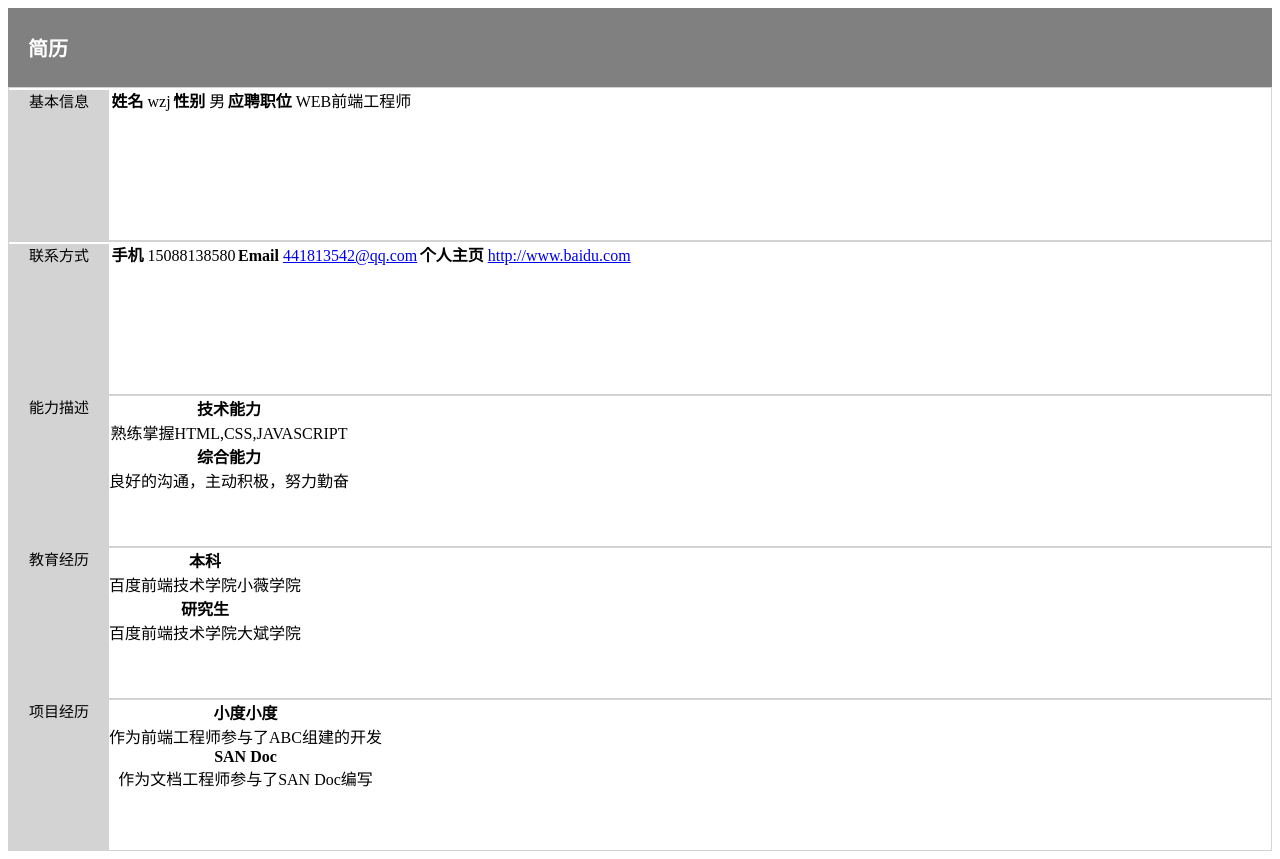
Repository: w441813542/webrecord
Page: day6_day7/jianli.html
These files come from the project's save history. The page is drawn as it stood at one moment and after the next save; the edit follows.
The browser window is 1280 px wide. The pictures show the whole page.

Above is the page before, as saved 2021-03-09 15:05:18.

### day6_day7/jianli.html
<!DOCTYPE html>
<html>

<head>
  <!-- <link rel="stylesheet" type="text/css" href="style_1.css" /> -->
  <!-- <link rel="stylesheet" type="text/css" href="style_2.css" /> -->
  <link rel="stylesheet" type="text/css" href="style_3.css" />
</head>

<body>
  <div class="box">
    <div class="left">
      <div class="caption">简历</div>
    </div>
    <div class="right">
      <div>
        <!-- <tr>
          <th rowspan="15" class="caption" align="center" valign="top">简历</th>
        </tr> -->
        <div class="part">
          <div class="part_left">
            <div class="th">基本信息</div>
          </div>
          <div class="part_right">
            <div class="td"><span>姓名</span> wzj</div>
            <div class="td"><span>性别</span> 男</div>
            <div class="td"><span>应聘职位</span> WEB前端工程师</div>
          </div>
        </div>
        <div class="part">
          <div class="part_left">
            <div class="th">联系方式</div>
          </div>
          <div class="part_right">
            <div class="td"><span>手机</span> 15088138580</div>
            <div class="td" ><span>Email</span> <a href="mailto:441813542@qq.com">441813542@qq.com</a></div>
            <div class="td"><span>个人主页</span> <a href="http://www.baidu.com">http://www.baidu.com</a></div>
          </div>
        </div>
        <div class="part flex">
          <div class="part_left">
            <div class="th">能力描述</div>
          </div>
          <div class="part_right">
            <div class="td msgtd block"><span class="block">技术能力</span> 熟练掌握HTML,CSS,JAVASCRIPT</div>
            <div class="td msgtd block"><span class="block">综合能力</span> 良好的沟通，主动积极，努力勤奋</div>
          </div>
        </div>
        <div class="part flex">
          <div class="part_left">
            <div class="th">教育经历</div>
          </div>
          <div class="part_right">
            <div class="td msgtd block"><span class="block">本科</span> 百度前端技术学院小薇学院</div>
            <div class="td msgtd block"><span class="block">研究生</span> 百度前端技术学院大斌学院</div>
          </div>
        </div>
        <div class="part flex">
          <div class="part_left">
            <div class="th">项目经历</div>
          </div>
          <div class="part_right">
            <div class="td msgtd block"><span class="block">小度小度</span> 作为前端工程师参与了ABC组建的开发</div>
            <div class="td msgtd block"><span class="block">SAN Doc</span> 作为文档工程师参与了SAN Doc编写</div>
          </div>
        </div>
      </div>

    </div>
  </div>
</body>

</html>

### day6_day7/style_3.css
html {
    font-size: 10px;
  }
/*
  div{
    border: 1px solid gray;
  } */

  .td {
    font-size: 1.6em;
    display: inline-block;
    text-align: center;
  }

  .th {
    font-size: 1.5em;
    text-align: center;
    display: inline-block;
  }

  .caption {
    font-size: 2em;
    font-weight: bold;
    color: white;
    text-align: left;
    background: gray;
    padding-top: 25px;
    padding-left: 20px;
    padding-bottom: 25px;
  }

 .part{
   display: block;
   border: 1px solid lightgray;
 }

  .part_left{
    display: inline-block;
    height: 150px;
    padding-left: 20px;
    padding-right: 20px;
    background: lightgray;
  }

  .part_right{
    display: inline;
    height: 150px;
  }

  span {
    font-weight: bold;
  }

  .box{
      display: block;
  }

  .flex{
    display: flex;
  }

  .block{
    display: block;
  }

After the next save:
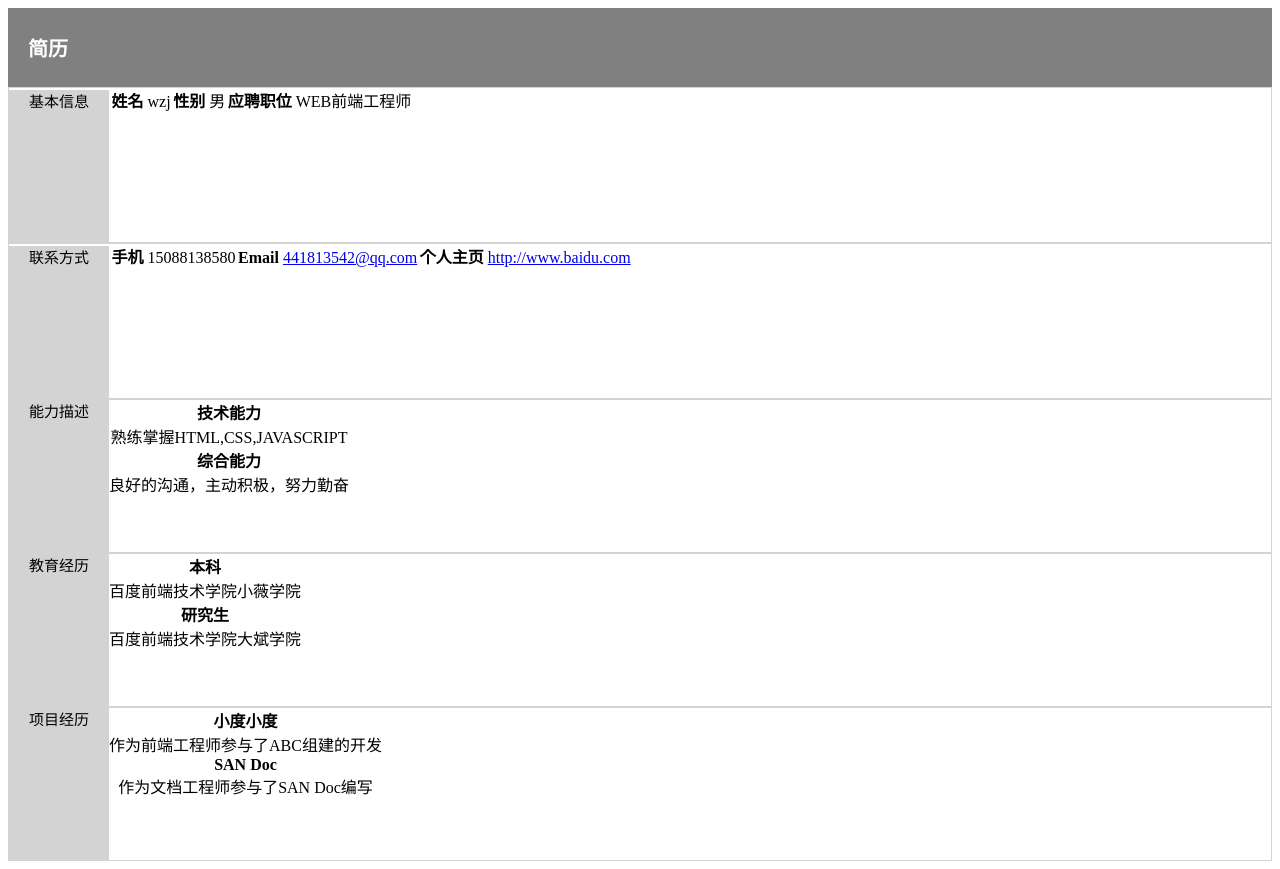
Saved 7 s later.
--- a/day6_day7/style_3.css
+++ b/day6_day7/style_3.css
@@ -36,7 +36,7 @@
 
   .part_left{
     display: inline-block;
-    height: 150px;
+    height: 152px;
     padding-left: 20px;
     padding-right: 20px;
     background: lightgray;

After the save that followed:
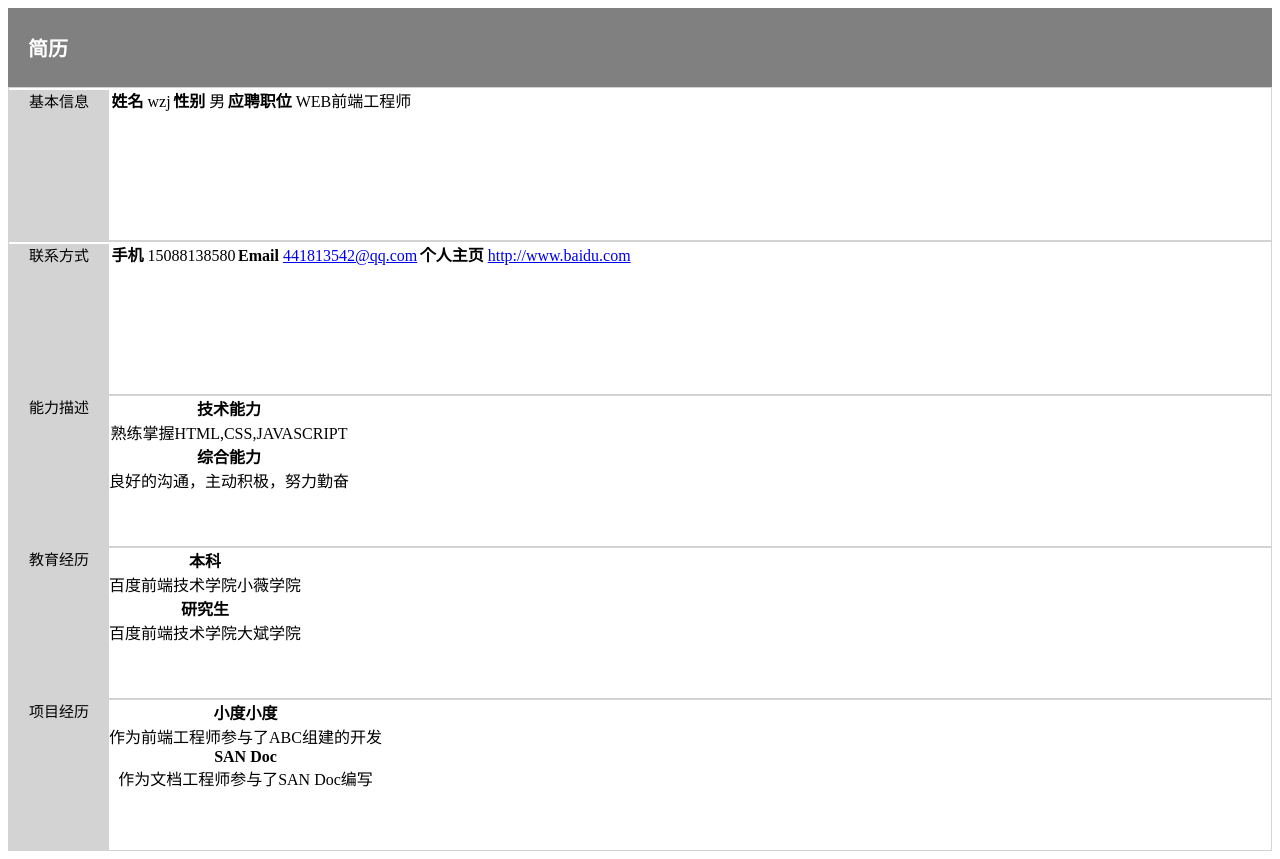
Saved 23 s later.
--- a/day6_day7/style_3.css
+++ b/day6_day7/style_3.css
@@ -36,7 +36,8 @@
 
   .part_left{
     display: inline-block;
-    height: 152px;
+    height: 150px;
+    text-align: center;
     padding-left: 20px;
     padding-right: 20px;
     background: lightgray;
